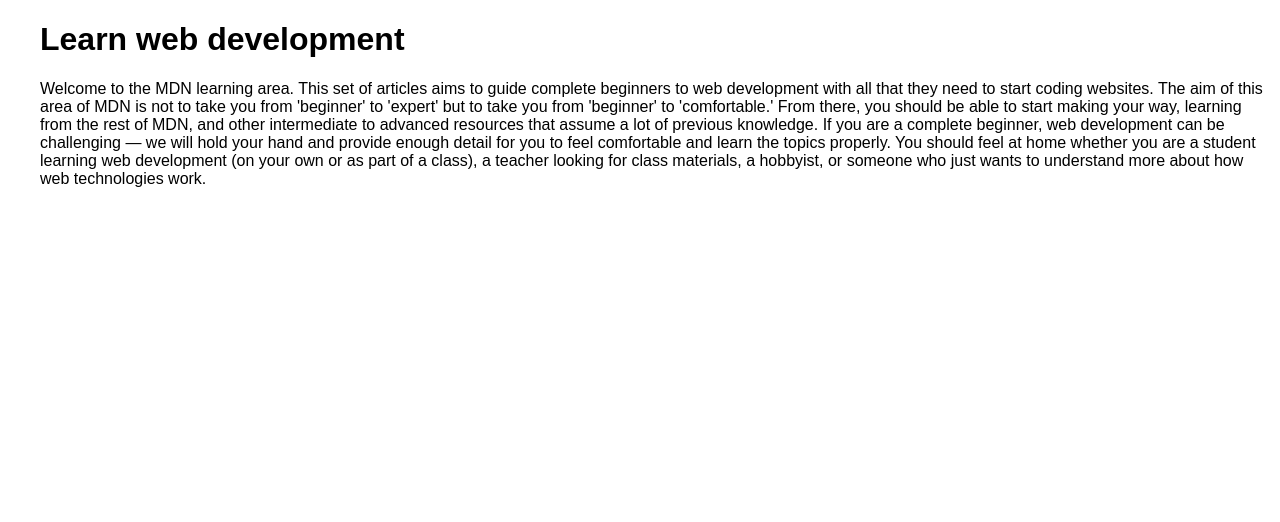
Repository: sriram1224/ReactProjects.github.io
Page: Assignments/Assignment2/index.html
These files come from the project's save history. The page is drawn as it stood at one moment and after the next save; the edit follows.
The browser window is 1280 px wide. The pictures show the whole page.

Above is the page before, as saved 2024-03-01 10:46:22.

### Assignments/Assignment2/index.html
<!DOCTYPE html>
<html>
<head>
  <script src="https://unpkg.com/react@18/umd/react.development.js"></script>
  <script src="https://unpkg.com/react-dom@18/umd/react-dom.development.js"></script>
  <style>
    body{
      margin-left: 40px;
      font-family: Arial, sans-serif;

    }
    #para{
      margin-bottom: 40px;
      list-style: none;
    }


  </style>
</head>

<body>

  <div id="root"></div>

  <script>

    const TopicHeader = () =>
    React.createElement(
      'div',
      null,
      [
        React.createElement(
          'h1',
          {id: 'title'},
          'Learn web development'
        ),
        React.createElement(
          'p',
          {id: 'para'},
          "Welcome to the MDN learning area. This set of articles aims to guide complete beginners to web development with all that they need to start coding websites. The aim of this area of MDN is not to take you from 'beginner' to 'expert' but to take you from 'beginner' to 'comfortable.' From there, you should be able to start making your way, learning from the rest of MDN, and other intermediate to advanced resources that assume a lot of previous knowledge. If you are a complete beginner, web development can be challenging — we will hold your hand and provide enough detail for you to feel comfortable and learn the topics properly. You should feel at home whether you are a student learning web development (on your own or as part of a class), a teacher looking for class materials, a hobbyist, or someone who just wants to understand more about how web technologies work."
        ),
      ]
    );




    ReactDOM.render(
      React.createElement(
        'div',
        null,
        [
          React.createElement(TopicHeader,null,null),
        ]
      ),
      document.getElementById('root')
    );

  </script>

</body>
</html>

After the next save:
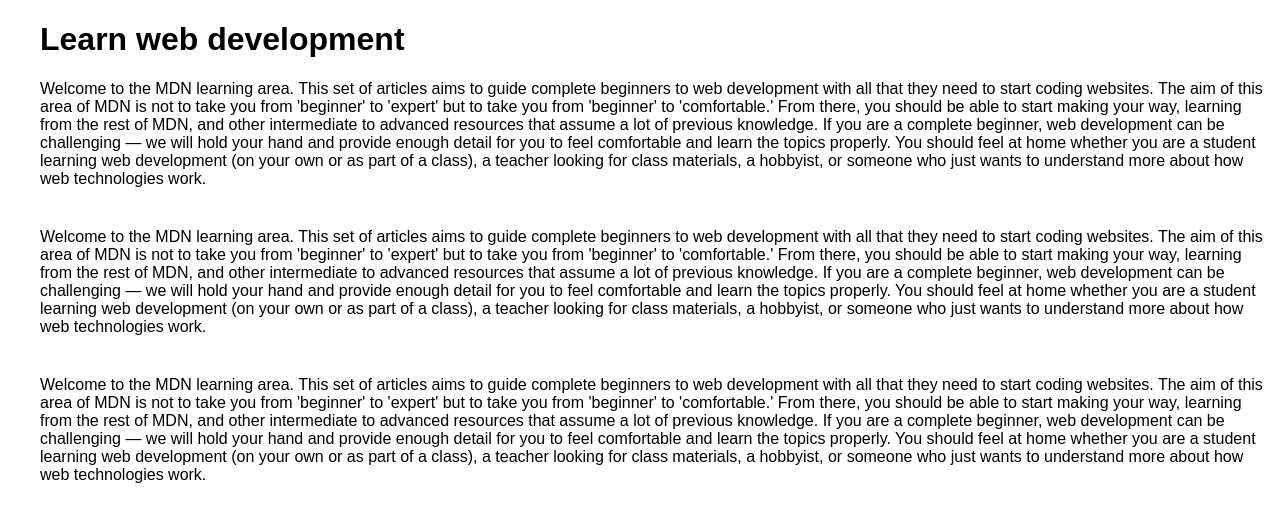
Saved 35 s later.
--- a/Assignments/Assignment2/index.html
+++ b/Assignments/Assignment2/index.html
@@ -39,6 +39,16 @@
           {id: 'para'},
           "Welcome to the MDN learning area. This set of articles aims to guide complete beginners to web development with all that they need to start coding websites. The aim of this area of MDN is not to take you from 'beginner' to 'expert' but to take you from 'beginner' to 'comfortable.' From there, you should be able to start making your way, learning from the rest of MDN, and other intermediate to advanced resources that assume a lot of previous knowledge. If you are a complete beginner, web development can be challenging — we will hold your hand and provide enough detail for you to feel comfortable and learn the topics properly. You should feel at home whether you are a student learning web development (on your own or as part of a class), a teacher looking for class materials, a hobbyist, or someone who just wants to understand more about how web technologies work."
         ),
+        React.createElement(
+          'p',
+          {id: 'para'},
+          "Welcome to the MDN learning area. This set of articles aims to guide complete beginners to web development with all that they need to start coding websites. The aim of this area of MDN is not to take you from 'beginner' to 'expert' but to take you from 'beginner' to 'comfortable.' From there, you should be able to start making your way, learning from the rest of MDN, and other intermediate to advanced resources that assume a lot of previous knowledge. If you are a complete beginner, web development can be challenging — we will hold your hand and provide enough detail for you to feel comfortable and learn the topics properly. You should feel at home whether you are a student learning web development (on your own or as part of a class), a teacher looking for class materials, a hobbyist, or someone who just wants to understand more about how web technologies work."
+        ),
+        React.createElement(
+          'p',
+          {id: 'para'},
+          "Welcome to the MDN learning area. This set of articles aims to guide complete beginners to web development with all that they need to start coding websites. The aim of this area of MDN is not to take you from 'beginner' to 'expert' but to take you from 'beginner' to 'comfortable.' From there, you should be able to start making your way, learning from the rest of MDN, and other intermediate to advanced resources that assume a lot of previous knowledge. If you are a complete beginner, web development can be challenging — we will hold your hand and provide enough detail for you to feel comfortable and learn the topics properly. You should feel at home whether you are a student learning web development (on your own or as part of a class), a teacher looking for class materials, a hobbyist, or someone who just wants to understand more about how web technologies work."
+        ),
       ]
     );
 
